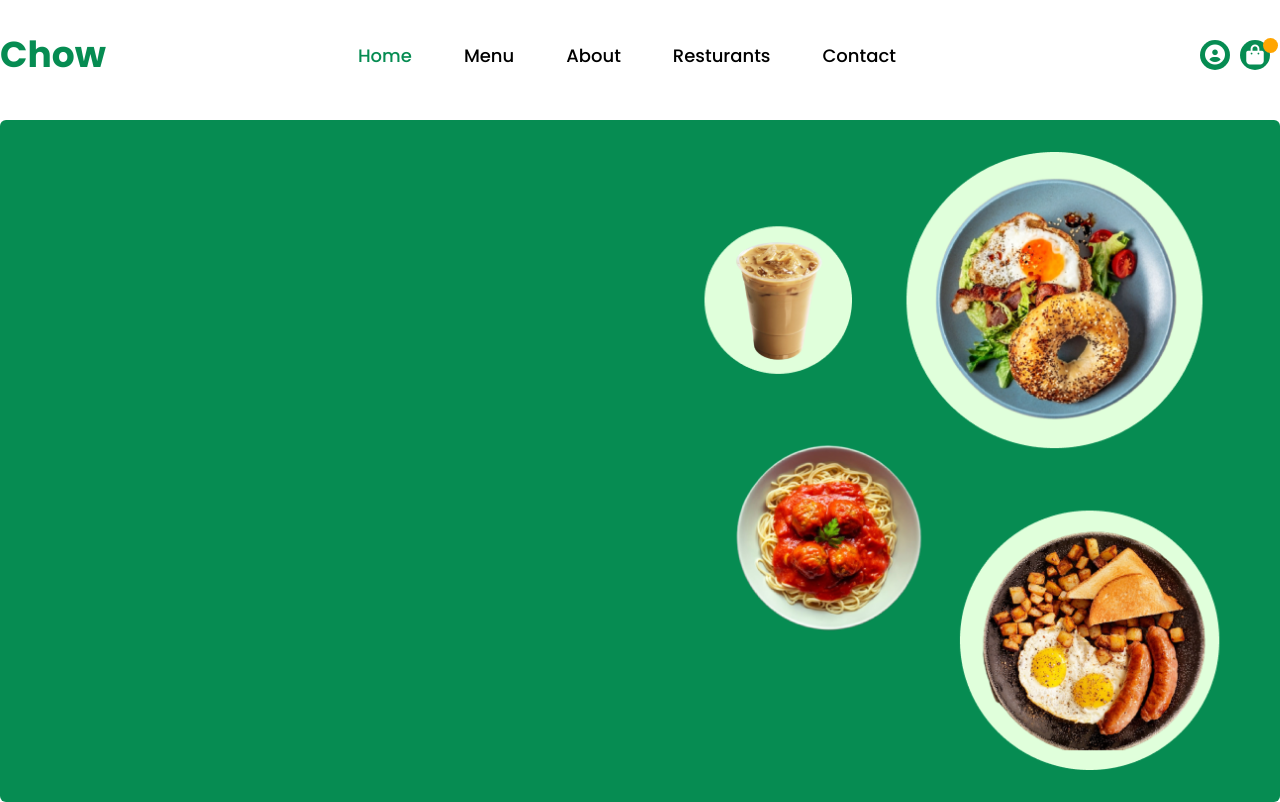
Repository: nguyennam1029/balbal
Page: index.html
These files come from the project's save history. The page is drawn as it stood at one moment and after the next save; the edit follows.
The browser window is 1280 px wide. The pictures show the whole page.
Some web libraries are served in a nearby version.

Above is the page before, as saved 2022-07-01 17:23:09.

### index.html
<!DOCTYPE html>
<html lang="en">
  <head>
    <meta charset="UTF-8" />
    <meta http-equiv="X-UA-Compatible" content="IE=edge" />
    <meta name="viewport" content="width=device-width, initial-scale=1.0" />
    <title>Chow</title>
    <link
      rel="stylesheet"
      href="https://cdnjs.cloudflare.com/ajax/libs/font-awesome/6.1.1/css/all.min.css"
      integrity="sha512-KfkfwYDsLkIlwQp6LFnl8zNdLGxu9YAA1QvwINks4PhcElQSvqcyVLLD9aMhXd13uQjoXtEKNosOWaZqXgel0g=="
      crossorigin="anonymous"
      referrerpolicy="no-referrer"
    />
    <link rel="stylesheet" href="css/grid.css" />
    <link rel="stylesheet" href="css/style.css" />
  </head>
  <body>
    <div class="grid wide">
      <div class="menu">
        <a href="#" class="menu-left">Chow</a>
        <ul class="menu-center">
          <li class="menu-center-item">
            <a href="#" class="menu-center--link active">Home</a>
          </li>
          <li class="menu-center-item">
            <a href="#" class="menu-center--link">Menu</a>
          </li>
          <li class="menu-center-item">
            <a href="#" class="menu-center--link">About</a>
          </li>
          <li class="menu-center-item">
            <a href="#" class="menu-center--link">Resturants</a>
          </li>
          <li class="menu-center-item">
            <a href="#" class="menu-center--link">Contact</a>
          </li>
        </ul>
        <ul class="menu-right">
          <li class="menu-right-item">
            <a href="#" class="menu-right--link">
              <i class="fa-solid fa-circle-user"></i>
            </a>
          </li>
          <li class="menu-right-item">
            <a href="#" class="menu-right--link active">
              <i class="fa-solid fa-bag-shopping"></i>
              <span class="menu-right--circle"></span>
            </a>
          </li>
        </ul>
      </div>
      <div class="banner">
        <div class="row">
          <div class="col l-6 m-6 c-12">
            <div class="banner-info"></div>
          </div>
          <div class="col l-6 m-6 c-12">
            <div class="banner-img">
              <img src="images/banner1.png" alt="" />
            </div>
          </div>
        </div>
      </div>
    </div>
  </body>
</html>

### css/grid.css
/* L là pc ,  M là tablet, C là mobile  */
.grid {
    width  : 100%;
    display: block;
    padding: 0;
}

.grid.wide {
    max-width: 1280px;
    margin   : 0 auto;
}

.row {
    display     : flex;
    flex-wrap   : wrap;
    margin-left : -4px;
    margin-right: -4px;
}

.row.no-gutters {
    margin-left : 0;
    margin-right: 0;
}

.col {
    padding-left : 4px;
    padding-right: 4px;
}

.row.no-gutters .col {
    padding-left : 0;
    padding-right: 0;
}

.c-0 {
    display: none;
}

.c-1 {
    flex     : 0 0 8.33333%;
    max-width: 8.33333%;
}

.c-2 {
    flex     : 0 0 16.66667%;
    max-width: 16.66667%;
}

.c-3 {
    flex     : 0 0 25%;
    max-width: 25%;
}

.c-4 {
    flex     : 0 0 33.33333%;
    max-width: 33.33333%;
}

.c-5 {
    flex     : 0 0 41.66667%;
    max-width: 41.66667%;
}

.c-6 {
    flex     : 0 0 50%;
    max-width: 50%;
}

.c-7 {
    flex     : 0 0 58.33333%;
    max-width: 58.33333%;
}

.c-8 {
    flex     : 0 0 66.66667%;
    max-width: 66.66667%;
}

.c-9 {
    flex     : 0 0 75%;
    max-width: 75%;
}

.c-10 {
    flex     : 0 0 83.33333%;
    max-width: 83.33333%;
}

.c-11 {
    flex     : 0 0 91.66667%;
    max-width: 91.66667%;
}

.c-12 {
    flex     : 0 0 100%;
    max-width: 100%;
}

.c-o-1 {
    margin-left: 8.33333%;
}

.c-o-2 {
    margin-left: 16.66667%;
}

.c-o-3 {
    margin-left: 25%;
}

.c-o-4 {
    margin-left: 33.33333%;
}

.c-o-5 {
    margin-left: 41.66667%;
}

.c-o-6 {
    margin-left: 50%;
}

.c-o-7 {
    margin-left: 58.33333%;
}

.c-o-8 {
    margin-left: 66.66667%;
}

.c-o-9 {
    margin-left: 75%;
}

.c-o-10 {
    margin-left: 83.33333%;
}

.c-o-11 {
    margin-left: 91.66667%;
}

/* >= Tablet */
@media (min-width: 740px) {
    .row {
        margin-left : -8px;
        margin-right: -8px;
    }

    .col {
        padding-left : 8px;
        padding-right: 8px;
    }

    .m-0 {
        display: none;
    }

    .m-1,
    .m-2,
    .m-3,
    .m-4,
    .m-5,
    .m-6,
    .m-7,
    .m-8,
    .m-9,
    .m-10,
    .m-11,
    .m-12 {
        display: block;
    }

    .m-1 {
        flex     : 0 0 8.33333%;
        max-width: 8.33333%;
    }

    .m-2 {
        flex     : 0 0 16.66667%;
        max-width: 16.66667%;
    }

    .m-3 {
        flex     : 0 0 25%;
        max-width: 25%;
    }

    .m-4 {
        flex     : 0 0 33.33333%;
        max-width: 33.33333%;
    }

    .m-5 {
        flex     : 0 0 41.66667%;
        max-width: 41.66667%;
    }

    .m-6 {
        flex     : 0 0 50%;
        max-width: 50%;
    }

    .m-7 {
        flex     : 0 0 58.33333%;
        max-width: 58.33333%;
    }

    .m-8 {
        flex     : 0 0 66.66667%;
        max-width: 66.66667%;
    }

    .m-9 {
        flex     : 0 0 75%;
        max-width: 75%;
    }

    .m-10 {
        flex     : 0 0 83.33333%;
        max-width: 83.33333%;
    }

    .m-11 {
        flex     : 0 0 91.66667%;
        max-width: 91.66667%;
    }

    .m-12 {
        flex     : 0 0 100%;
        max-width: 100%;
    }

    .m-o-1 {
        margin-left: 8.33333%;
    }

    .m-o-2 {
        margin-left: 16.66667%;
    }

    .m-o-3 {
        margin-left: 25%;
    }

    .m-o-4 {
        margin-left: 33.33333%;
    }

    .m-o-5 {
        margin-left: 41.66667%;
    }

    .m-o-6 {
        margin-left: 50%;
    }

    .m-o-7 {
        margin-left: 58.33333%;
    }

    .m-o-8 {
        margin-left: 66.66667%;
    }

    .m-o-9 {
        margin-left: 75%;
    }

    .m-o-10 {
        margin-left: 83.33333%;
    }

    .m-o-11 {
        margin-left: 91.66667%;
    }
}

/* PC medium resolution > */
@media (min-width: 1113px) {
    .row {
        margin-left : -12px;
        margin-right: -12px;
    }

    .row.sm-gutter {
        margin-left : -5px;
        margin-right: -5px;
    }

    .col {
        padding-left : 12px;
        padding-right: 12px;
    }

    .row.sm-gutter .col {
        padding-left : 5px;
        padding-right: 5px;
    }

    .l-0 {
        display: none;
    }

    .l-1,
    .l-2,
    .l-2-4,
    .l-3,
    .l-4,
    .l-5,
    .l-6,
    .l-7,
    .l-8,
    .l-9,
    .l-10,
    .l-11,
    .l-12 {
        display: block;
    }

    .l-1 {
        flex     : 0 0 8.33333%;
        max-width: 8.33333%;
    }

    .l-2 {
        flex     : 0 0 16.66667%;
        max-width: 16.66667%;
    }

    .l-2-4 {
        flex     : 0 0 20%;
        max-width: 20%;
    }

    .l-3 {
        flex     : 0 0 25%;
        max-width: 25%;
    }

    .l-4 {
        flex     : 0 0 33.33333%;
        max-width: 33.33333%;
    }

    .l-5 {
        flex     : 0 0 41.66667%;
        max-width: 41.66667%;
    }

    .l-6 {
        flex     : 0 0 50%;
        max-width: 50%;
    }

    .l-7 {
        flex     : 0 0 58.33333%;
        max-width: 58.33333%;
    }

    .l-8 {
        flex     : 0 0 66.66667%;
        max-width: 66.66667%;
    }

    .l-9 {
        flex     : 0 0 75%;
        max-width: 75%;
    }

    .l-10 {
        flex     : 0 0 83.33333%;
        max-width: 83.33333%;
    }

    .l-11 {
        flex     : 0 0 91.66667%;
        max-width: 91.66667%;
    }

    .l-12 {
        flex     : 0 0 100%;
        max-width: 100%;
    }

    .l-o-1 {
        margin-left: 8.33333%;
    }

    .l-o-2 {
        margin-left: 16.66667%;
    }

    .l-o-3 {
        margin-left: 25%;
    }

    .l-o-4 {
        margin-left: 33.33333%;
    }

    .l-o-5 {
        margin-left: 41.66667%;
    }

    .l-o-6 {
        margin-left: 50%;
    }

    .l-o-7 {
        margin-left: 58.33333%;
    }

    .l-o-8 {
        margin-left: 66.66667%;
    }

    .l-o-9 {
        margin-left: 75%;
    }

    .l-o-10 {
        margin-left: 83.33333%;
    }

    .l-o-11 {
        margin-left: 91.66667%;
    }
}

/* Tablet - PC low resolution */
@media (min-width: 740px) and (max-width: 1023px) {
    .wide {
        width: 644px;
    }
}

/* > PC low resolution */
@media (min-width: 1024px) and (max-width: 1239px) {
    .wide {
        width: 984px;
    }

    .wide .row {
        margin-left : -12px;
        margin-right: -12px;
    }

    .wide .row.sm-gutter {
        margin-left : -5px;
        margin-right: -5px;
    }

    .wide .col {
        padding-left : 12px;
        padding-right: 12px;
    }

    .wide .row.sm-gutter .col {
        padding-left : 5px;
        padding-right: 5px;
    }

    .wide .l-0 {
        display: none;
    }

    .wide .l-1,
    .wide .l-2,
    .wide .l-2-4,
    .wide .l-3,
    .wide .l-4,
    .wide .l-5,
    .wide .l-6,
    .wide .l-7,
    .wide .l-8,
    .wide .l-9,
    .wide .l-10,
    .wide .l-11,
    .wide .l-12 {
        display: block;
    }

    .wide .l-1 {
        flex     : 0 0 8.33333%;
        max-width: 8.33333%;
    }

    .wide .l-2 {
        flex     : 0 0 16.66667%;
        max-width: 16.66667%;
    }

    .wide .l-2-4 {
        flex     : 0 0 20%;
        max-width: 20%;
    }

    .wide .l-3 {
        flex     : 0 0 25%;
        max-width: 25%;
    }

    .wide .l-4 {
        flex     : 0 0 33.33333%;
        max-width: 33.33333%;
    }

    .wide .l-5 {
        flex     : 0 0 41.66667%;
        max-width: 41.66667%;
    }

    .wide .l-6 {
        flex     : 0 0 50%;
        max-width: 50%;
    }

    .wide .l-7 {
        flex     : 0 0 58.33333%;
        max-width: 58.33333%;
    }

    .wide .l-8 {
        flex     : 0 0 66.66667%;
        max-width: 66.66667%;
    }

    .wide .l-9 {
        flex     : 0 0 75%;
        max-width: 75%;
    }

    .wide .l-10 {
        flex     : 0 0 83.33333%;
        max-width: 83.33333%;
    }

    .wide .l-11 {
        flex     : 0 0 91.66667%;
        max-width: 91.66667%;
    }

    .wide .l-12 {
        flex     : 0 0 100%;
        max-width: 100%;
    }

    .wide .l-o-1 {
        margin-left: 8.33333%;
    }

    .wide .l-o-2 {
        margin-left: 16.66667%;
    }

    .wide .l-o-3 {
        margin-left: 25%;
    }

    .wide .l-o-4 {
        margin-left: 33.33333%;
    }

    .wide .l-o-5 {
        margin-left: 41.66667%;
    }

    .wide .l-o-6 {
        margin-left: 50%;
    }

    .wide .l-o-7 {
        margin-left: 58.33333%;
    }

    .wide .l-o-8 {
        margin-left: 66.66667%;
    }

    .wide .l-o-9 {
        margin-left: 75%;
    }

    .wide .l-o-10 {
        margin-left: 83.33333%;
    }

    .wide .l-o-11 {
        margin-left: 91.66667%;
    }
}

### css/style.css
@import url('https://fonts.googleapis.com/css2?family=Poppins:wght@400;500;600;700&display=swap');

*,
*::before,
*::after {
    box-sizing: border-box;
}

* {
    margin : 0;
    padding: 0;
}

html {
    font-family: 'Poppins',
        sans-serif;
    font-size: 62.5%;
}

html,
body {
    height: 100%;
}

body {
    line-height: 1.5;
}

img,
picture,
video,
canvas,
svg {
    display  : block;
    max-width: 100%;
}

input,
button,
textarea,
select {
    font   : inherit;
    outline: none;
}

p,
h1,
h2,
h3,
h4,
h5,
h6 {
    overflow-wrap: break-word;
}

a {
    text-decoration: none;
}

ul {
    list-style: none;
}

.menu {
    display        : flex;
    justify-content: space-between;
    align-items    : center;
    margin         : 35px 0 45px;
}

.menu-left {
    font-weight: 700;
    font-size  : 3.6rem;
    line-height: 40px;

    color: #068C52;
}

.menu-center,
.menu-right {
    display        : flex;
    justify-content: center;
    align-items    : center;
}

.menu-center--link {
    margin-right: 52px;
    font-weight : 500;
    font-size   : 1.8rem;
    line-height : 27px;
    color       : #000000;
}

.menu-center--link.active {
    color: #068C52;
}

.menu-right--link {
    margin-right         : 10px;
    display              : flex;
    justify-content      : center;
    align-items          : center;
    width                : 30px;
    height               : 30px;
    border-radius        : 50%;
    -webkit-border-radius: 50%;
    -moz-border-radius   : 50%;
    -ms-border-radius    : 50%;
    -o-border-radius     : 50%;
    background-color     : #068C52;
}

.menu-right--link i {
    color    : #fff;
    font-size: 2rem;
}

.menu-right--link.active {
    position: relative;
}

.menu-right--circle {
    position             : absolute;
    top                  : -2px;
    right                : -8px;
    width                : 15px;
    height               : 15px;
    background           : #FFA500;
    border-radius        : 50%;
    -webkit-border-radius: 50%;
    -moz-border-radius   : 50%;
    -ms-border-radius    : 50%;
    -o-border-radius     : 50%;
}

.banner {
    background-color     : #068C52;
    border-radius        : 6px;
    -webkit-border-radius: 6px;
    -moz-border-radius   : 6px;
    -ms-border-radius    : 6px;
    -o-border-radius     : 6px;
    padding              : 32px;
}

After the next save:
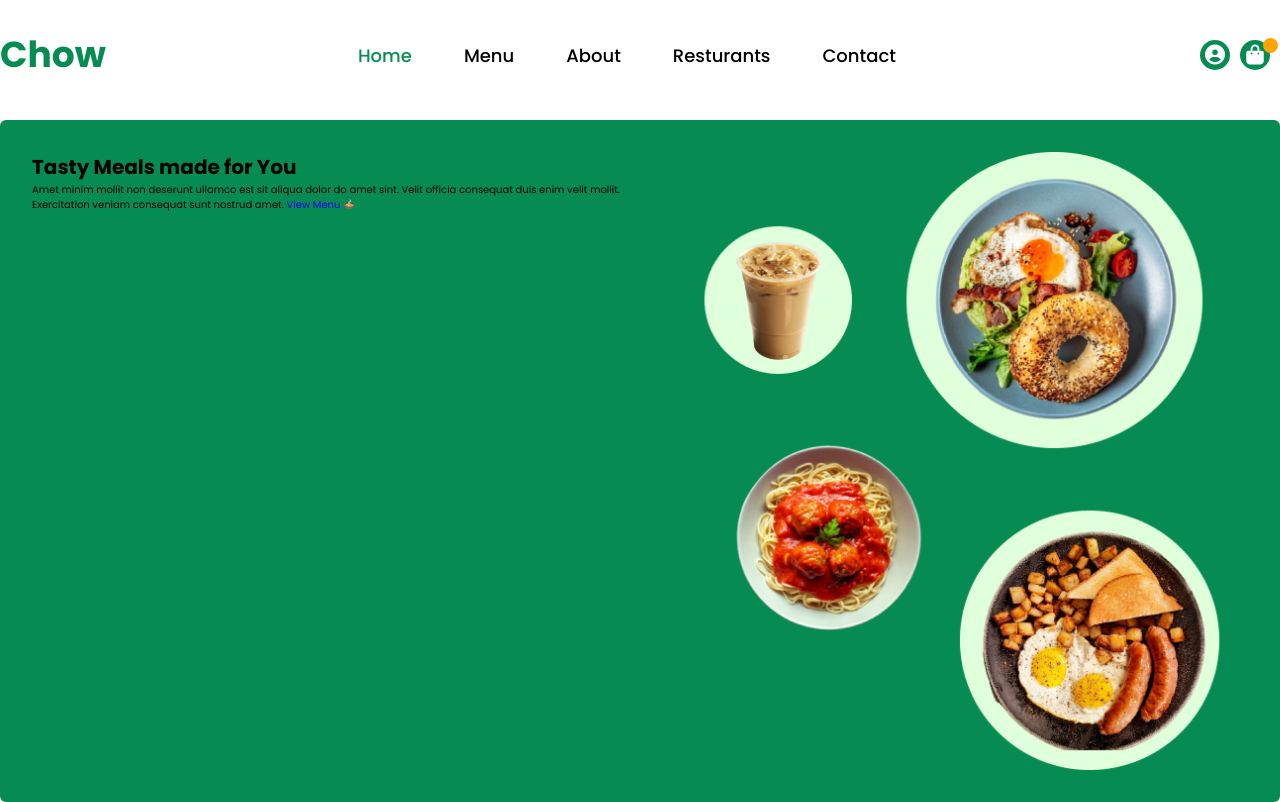
Saved 2 min 3 s later.
--- a/index.html
+++ b/index.html
@@ -53,7 +53,15 @@
       <div class="banner">
         <div class="row">
           <div class="col l-6 m-6 c-12">
-            <div class="banner-info"></div>
+            <div class="banner-info">
+              <h1 class="banner-title">Tasty Meals made for You</h1>
+              <span class="banner-des"
+                >Amet minim mollit non deserunt ullamco est sit aliqua dolor do
+                amet sint. Velit officia consequat duis enim velit mollit.
+                Exercitation veniam consequat sunt nostrud amet.</span
+              >
+              <a href="#" class="banner-btn"> View Menu 🍲 </a>
+            </div>
           </div>
           <div class="col l-6 m-6 c-12">
             <div class="banner-img">
